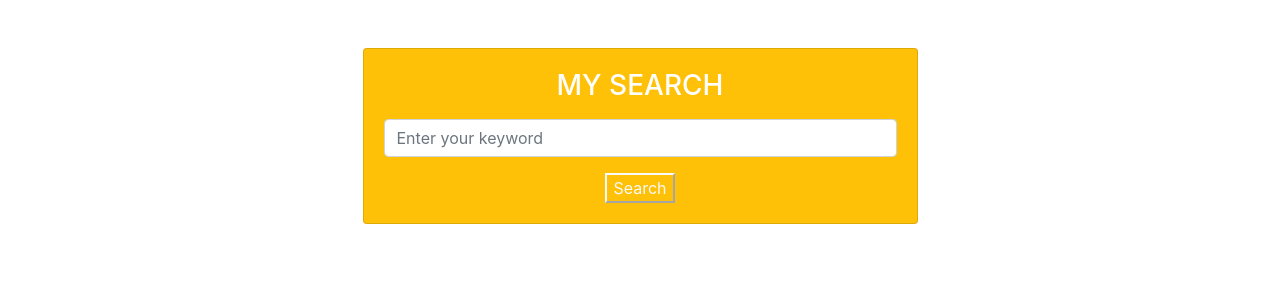
Repository: Himanshu-GitRepo/SpringMVCDurgesh
Page: http://localhost/springmvcsearch/home
These files come from the project's save history. The page is drawn as it stood at one moment and after the next save; the edit follows.
The browser window is 1280 px wide. The pictures show the whole page.
Some web libraries are served in a nearby version. The page is served by Tomcat 9.

Above is the page before, as saved 2021-11-24 08:11:54.

### springmvcsearch/src/main/webapp/WEB-INF/spring-servlet.xml
<?xml version="1.0" encoding="UTF-8"?>
<beans xmlns="http://www.springframework.org/schema/beans"
	xmlns:context="http://www.springframework.org/schema/context"
	xmlns:xsi="http://www.w3.org/2001/XMLSchema-instance"
	xmlns:p="http://www.springframework.org/schema/p"
	xmlns:tx="http://www.springframework.org/schema/tx"
	xsi:schemaLocation="
        http://www.springframework.org/schema/beans
        http://www.springframework.org/schema/beans/spring-beans.xsd
        http://www.springframework.org/schema/context
        http://www.springframework.org/schema/context/spring-context.xsd
        http://www.springframework.org/schema/tx
        http://www.springframework.org/schema/tx/spring-tx.xsd
        ">

	<context:component-scan base-package="springmvcsearch"></context:component-scan>

	<bean
		class="org.springframework.web.servlet.view.InternalResourceViewResolver"
		name="viewResolver">

		<property name="prefix" value="/WEB-INF/views/" />
		<property name="suffix" value=".jsp"></property>
	</bean>

</beans>

### springmvcsearch/src/main/webapp/WEB-INF/views/home.jsp
<!doctype html>
<html lang="en">
<head>
<!-- Required meta tags -->
<meta charset="utf-8">
<meta name="viewport"
	content="width=device-width, initial-scale=1, shrink-to-fit=no">

<!-- Bootstrap CSS -->
<link rel="stylesheet"
	href="https://maxcdn.bootstrapcdn.com/bootstrap/4.0.0/css/bootstrap.min.css"
	integrity="sha384-Gn5384xqQ1aoWXA+058RXPxPg6fy4IWvTNh0E263XmFcJlSAwiGgFAW/dAiS6JXm"
	crossorigin="anonymous">

<title>Hello, world!</title>
</head>
<body>

	<div class="container">

		<div class="card mx-auto mt-5 bg-warning" style="width: 50%;">
			<div class="card-body">

			<h3 class="text-center text-white" style="text-transform: uppercase">My Search</h3>

				<form class=mt-3>

					<div class="form-group">

						<input type="text" name="querybox"
							placeholder="Enter your keyword" class="form-control" />

					</div>

					<div class="container text-center">
					<button class="btn-outline-light">Search</button>
					</div>

				</form>

			</div>
		</div>

	</div>

	<!-- Optional JavaScript -->
	<!-- jQuery first, then Popper.js, then Bootstrap JS -->
	<script src="https://code.jquery.com/jquery-3.2.1.slim.min.js"
		integrity="sha384-KJ3o2DKtIkvYIK3UENzmM7KCkRr/rE9/Qpg6aAZGJwFDMVNA/GpGFF93hXpG5KkN"
		crossorigin="anonymous"></script>
	<script
		src="https://cdnjs.cloudflare.com/ajax/libs/popper.js/1.12.9/umd/popper.min.js"
		integrity="sha384-ApNbgh9B+Y1QKtv3Rn7W3mgPxhU9K/ScQsAP7hUibX39j7fakFPskvXusvfa0b4Q"
		crossorigin="anonymous"></script>
	<script
		src="https://maxcdn.bootstrapcdn.com/bootstrap/4.0.0/js/bootstrap.min.js"
		integrity="sha384-JZR6Spejh4U02d8jOt6vLEHfe/JQGiRRSQQxSfFWpi1MquVdAyjUar5+76PVCmYl"
		crossorigin="anonymous"></script>
</body>
</html>

### springmvcsearch/src/main/java/springmvcsearch/SearchController.java
package springmvcsearch;

import org.springframework.stereotype.Controller;
import org.springframework.web.bind.annotation.RequestMapping;

@Controller
public class SearchController {

	@RequestMapping("/home")
	public String home() {
		System.out.println("going to home view..");
		return "home";
	}

}

After the next save:
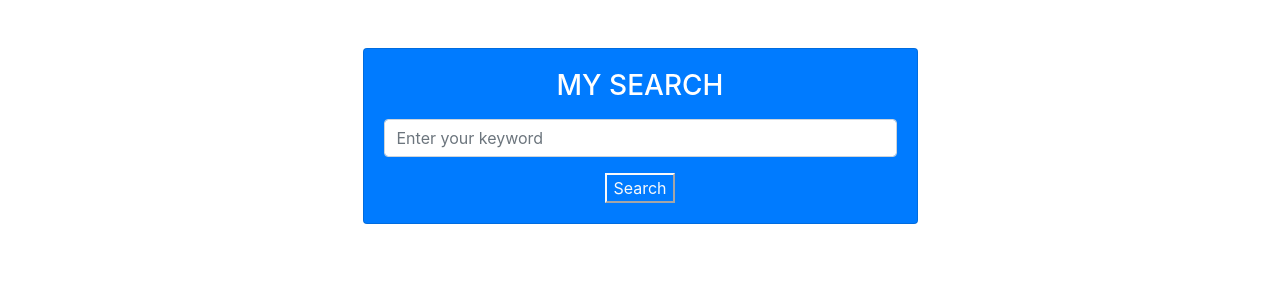
Saved 33 s later.
--- a/springmvcsearch/src/main/webapp/WEB-INF/views/home.jsp
+++ b/springmvcsearch/src/main/webapp/WEB-INF/views/home.jsp
@@ -18,7 +18,7 @@
 
 	<div class="container">
 
-		<div class="card mx-auto mt-5 bg-warning" style="width: 50%;">
+		<div class="card mx-auto mt-5 bg-primary" style="width: 50%;">
 			<div class="card-body">
 
 			<h3 class="text-center text-white" style="text-transform: uppercase">My Search</h3>
